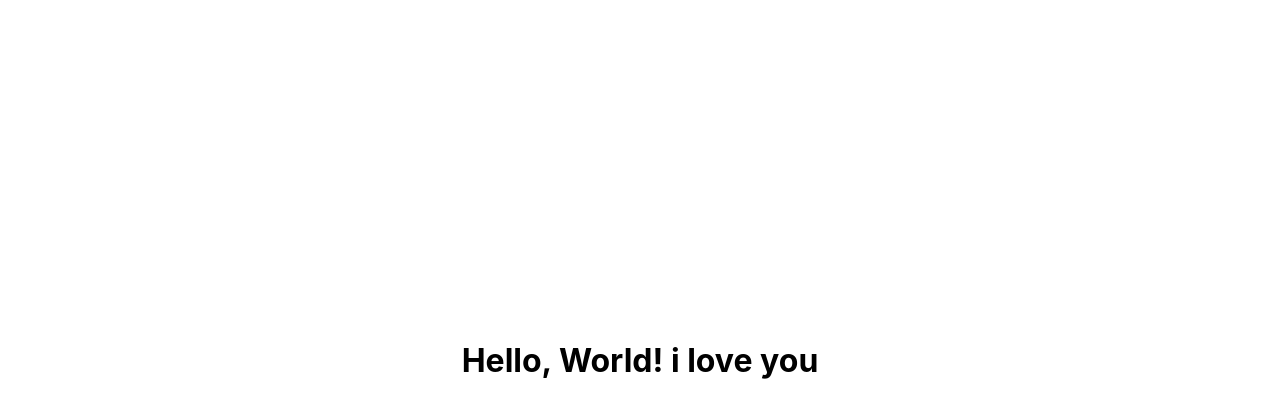
Repository: Christien-14/mon-site-react
Page: /
These files come from the project's save history. The page is drawn as it stood at one moment and after the next save; the edit follows.
The browser window is 1280 px wide. The pictures show the whole page.
The project was rebuilt for these pictures with package versions that can differ from the ones it lists, and the page was loaded fresh each time.

Above is the page before, as saved 2024-05-15 12:52:46.

After the next save:
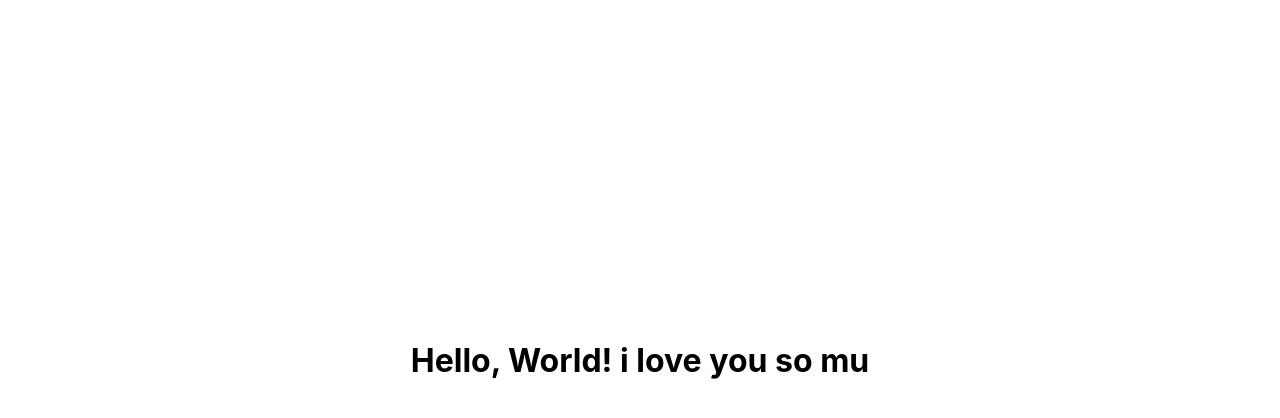
Saved 13 s later.
--- a/src/App.js
+++ b/src/App.js
@@ -16,7 +16,7 @@ import './App.css';
 function App() {
   return (
     <div className="App">
-      <h1 className="title">Hello, World! i love you</h1>
+      <h1 className="title">Hello, World! i love you so mu</h1>
     </div>
   );
 }
